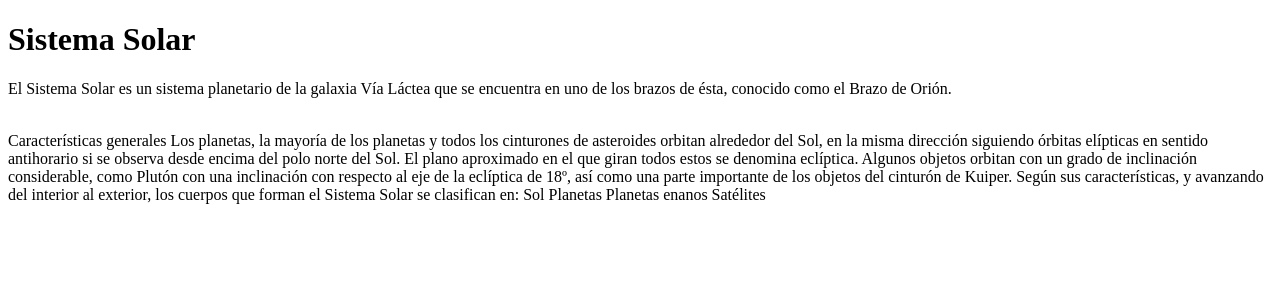
Repository: gustavomanfre/Curso_Front_End_Digitalers
Page: Unidad1/M1 - Laboratorio_02/index.html
These files come from the project's save history. The page is drawn as it stood at one moment and after a run of saves; the edit follows.
The browser window is 1280 px wide. The pictures show the whole page.

Above is the page before, as saved 2022-05-25 20:57:59.

After the next 4 saves:
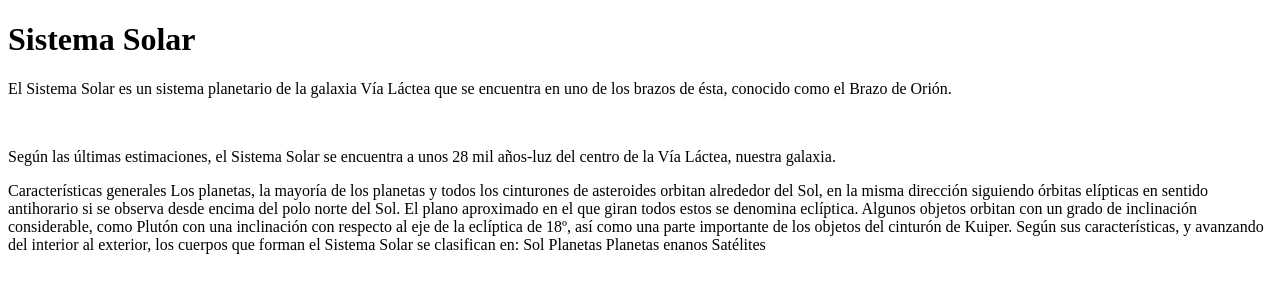
The 4 saves are shown as one change because they came seconds apart.
The last was saved 17 s later.
--- a/Unidad1/M1 - Laboratorio_02/index.html
+++ b/Unidad1/M1 - Laboratorio_02/index.html
@@ -10,6 +10,8 @@
     <header>
         <h1>Sistema Solar</h1>
         <p>El Sistema Solar es un sistema planetario de la galaxia Vía Láctea que se encuentra en uno de los brazos de ésta, conocido como el Brazo de Orión. </p><br>
+        <p>Según las últimas estimaciones, el Sistema Solar se encuentra a unos 28 mil años-luz del centro de la Vía Láctea, nuestra galaxia.
+        </p>
     </header>
 
 
